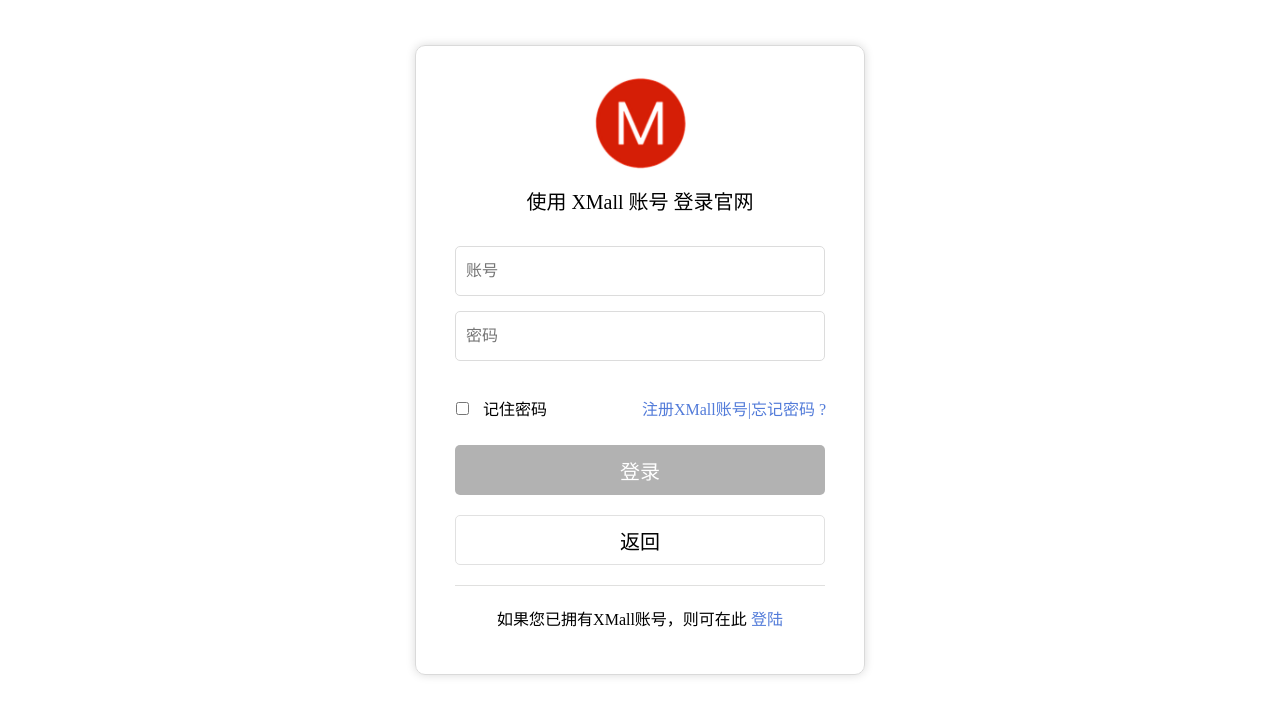
Repository: dingqihui1997/xmall-demo
Page: /signin
These files come from the project's save history. The page is drawn as it stood at one moment and after the next save; the edit follows.
The browser window is 1280 px wide. The pictures show the whole page.
The project was rebuilt for these pictures with package versions that can differ from the ones it lists, and the page was loaded fresh each time. Also part of the build but not shown: vue.config.js, src/views/Home.vue.

Above is the page before, as saved 2021-06-29 18:04:11.

### public/index.html
<!DOCTYPE html>
<html lang="">

<head>
  <meta charset="utf-8">
  <meta http-equiv="X-UA-Compatible" content="IE=edge">
  <meta name="viewport" content="width=device-width,initial-scale=1.0">
  <link rel="icon" href="<%= BASE_URL %>favicon.ico">
  <link href="//at.alicdn.com/t/font_2641095_6izvjy8zhhh.css">
  <title>
    <%= htmlWebpackPlugin.options.title %>
  </title>
</head>

<body>
  <noscript>
    <strong>We're sorry but <%= htmlWebpackPlugin.options.title %> doesn't work properly without JavaScript enabled.
        Please enable it to continue.</strong>
  </noscript>
  <div id="app"></div>
  <!-- built files will be auto injected -->
</body>

</html>

### src/main.js
import Vue from 'vue'
import App from './App.vue'
import router from './router'
import store from './store'
import ElementUI from 'element-ui';
import 'element-ui/lib/theme-chalk/index.css';
Vue.use(ElementUI);
Vue.config.productionTip = false

new Vue({
  router,
  store,
  render: h => h(App)
}).$mount('#app')

### src/App.vue
<template>
  <div id="app">
    <router-view />
  </div>
</template>

<style lang="scss">
@import "./styles/common";
@import "./styles/ui";
</style>

### src/router/index.js
import Vue from 'vue'
import VueRouter from 'vue-router'
import Home from '../views/Home.vue'

Vue.use(VueRouter)

const routes = [
  {
    path: '/',
    name: 'Home',
    component: Home
  },
  {//登录
    path: '/signin',
    name: 'Signin',
    component: () => import('../components/signin/Signin.vue')
  },
  {//注册
    path: '/register',
    name: 'Register',
    component: () => import('../components/register/Register.vue')
  },


]

const router = new VueRouter({
  mode: 'history',
  base: process.env.BASE_URL,
  routes
})

export default router

### src/styles/common.scss
 * {
     margin: 0;
     padding: 0;
 }

 .center {
     //居中显示
     margin: auto;
     position: absolute;
     top: 0;
     bottom: 0;
     left: 0;
     right: 0;
 }

 * {
     box-sizing: border-box;
 }

 .wi100 {
     width: 100%;
 }

 .hei100 {
     height: 100%;
 }

 .pflex {
     position: fixed;
     /* 固定定位 */
 }

 .flex {
     display: flex;
 }

 .flex-wrap {
     /* 子元素换行排列 */
     display: flex;
     flex-wrap: wrap;
     align-items: center;
 }

 .flex-j {
     display: flex;
     justify-content: center;
     /* 水平方向居中 */
 }

 .flex-a {
     display: flex;
     align-items: center;
     /* 垂直方向居中 */
 }

 .flex-ja {
     /* felx-ja 垂直水平方向居中 */
     display: flex;
     align-items: center;
     justify-content: center;
 }

 .flex-sb {
     /* flex-sb 子元素两边排列 */
     display: flex;
     justify-content: space-between;
 }

 .flex-sba {
     /* flex-sb 子元素两边排列 bing居中 */
     display: flex;
     justify-content: space-between;
     align-items: center;
 }

 .flex-d {
     /* z子元素竖向排列 */
     display: flex;
     flex-direction: column;
 }

 .flex-di {
     /* 子元素竖向排列并居中 */
     display: flex;
     flex-direction: column;
     align-items: center;
 }

 .flex-dj {
     /* 子元素竖向排列并居中 */
     display: flex;
     flex-direction: column;
 }

 .flex-dji {
     /* 子元素竖向排列并水平垂直居中 */
     display: flex;
     flex-direction: column;
     align-items: center;
     justify-content: center;
 }

 .pad-t10 {
     padding-top: 10px;
 }

 .pad-t15 {
     padding-top: 15px;
 }

 .margin-r55 {
     margin-right: 55px;
 }

 .marginauto {
     margin: 0 auto;
 }

 .img100 {
     width: 100%;
     height: 100%;
 }

 .img50 {
     width: 50%;
     height: 50%;
 }

 .imgh100 {
     height: 100%;
 }

 .img45 {
     width: 45%;
     height: 45%;
 }

 .img80 {
     width: 80%;
     height: 80%;
 }

 .font20 {
     font-size: 20px;
 }

 .font18 {
     font-size: 18px;
 }

 .font16 {
     font-size: 16px;
 }

 .font14 {
     font-size: 14px;
 }

 .font12 {
     font-size: 12px;
 }

 .flex1 {
     flex: 1;
 }

 .flex2 {
     flex: 1.5;
 }

 .color30 {
     color: #000000;
 }

 .color3f {
     /* 白色 */
     color: #fff;
 }

 .margin-t10 {
     margin-top: 10px;
 }

 .margin-t5 {
     margin-top: 5px;
 }

 .margin-t20 {
     margin-top: 20px;
 }

 .margin-r5 {
     margin-right: 5px;
 }

 .margin-r15 {
     margin-right: 15px;
 }

 .margin-r10 {
     margin-right: 10px;
 }

 .margin-r20 {
     margin-right: 20px;
 }

 .margin-r30 {
     margin-right: 30px;
 }

 .margin-l10 {
     margin-left: 10px;
 }

 .margin-l20 {
     margin-left: 20px;
 }

 .margin-b10 {
     margin-bottom: 10px;
 }

 .text-de {
     /* 有下划线 */
     text-decoration: underline;
 }

 .text-li {
     text-decoration: line-through;
     /* 删除线 */
 }

 .font-w7 {
     /* 加粗 */
     font-weight: 700;
 }

 .fontstyle-i {
     /* 斜体 */
     font-style: italic;
 }

 .shuoming {
     position: relative;
     top: 55px
 }

 .textr {
     text-align: right;
 }

### src/styles/ui.scss
.login {
    .el-input__inner {
        width: 370px;
        height: 50px;
    }

    .el-input__suffix {
        position: absolute;
        right: 50px;
    }

    .el-input {
        position: relative;
    }
}

### src/components/signin/Signin.vue
<template>
  <!-- 登录页面 -->
  <div class="one">
    <div class="box center flex-d login">
      <div class="top">
        <div class="flex-ja"><img src="../../assets/log1.png" alt="" /></div>
        <div class="flex-ja">使用 XMall 账号 登录官网</div>
      </div>
      <!-- 账号 -->
      <div class="flex-ja name">
        <input type="text" placeholder="账号" class="ipt" v-model="username" />
      </div>
      <!-- 密码 -->
      <div class="flex-ja name">
        <input
          type="password"
          placeholder="密码"
          class="ipt"
          v-model="password"
        />
      </div>
      <div class="flex-sb choice">
        <div>
          <input type="checkbox" class="inpt" v-model="checked" /> 记住密码
        </div>
        <div><span>注册XMall账号|</span><span>忘记密码 ?</span></div>
      </div>
      <div class="flex-ja regis">
        <!-- 动态绑定属性，最先是true禁用状态 -->
        <button
          :disabled="flag"
          :class="{ back: flag === false }"
          @click="goto"
        >
          登录
        </button>
      </div>
      <div class="flex-ja">
        <!-- 动态绑定属性，最先是true禁用状态 -->
        <button :disabled="flag" class="bott" @click="goto">返回</button>
      </div>
      <div class="flex-ja">
        <div class="bottom flex-ja">
          如果您已拥有XMall账号，则可在此<span>&nbsp;登陆</span>
        </div>
      </div>
    </div>
  </div>
</template>

<script>
import axios from "axios";
export default {
  name: "",
  props: {},
  data() {
    return {
      username: "",
      password: "",
      Repeat: "",
      flag: true, //最开始禁用按钮
      checked: false,
    };
  },
  components: {},
  methods: {
    goto() {
      if (this.checked === false) {
        this.$message.error("您未勾选同意我们的相关注册协议");
      }
      if (this.password !== this.Repeat) {
        this.$message.error("两次输入的密码不相同");
      }
      if (this.password === this.Repeat && this.checked === true) {
        axios
          .post("/api/users/register", {
            username: this.username,
            password: this.password,
          })
          .then((res) => {
            console.log(res);
          })
          .catch((err) => {
            console.log("请求失败", err);
          });
      }
    },
  },
  mounted() {},
  computed: {},
  watch: {
    username(val) {
      this.username = val;
    },
    password(val) {
      this.password = val;
    },
    Repeat(val) {
      //账号和密码都输入了内容后，然后就不禁用button
      this.Repeat = val;
      if (this.username !== "" && this.password !== "" && val !== "") {
        this.flag = false;
        // console.log(val);
      } else {
        this.flag = true;
      }
    },
  },
};
</script>

<style lang='scss' scoped>
.box {
  width: 450px;
  height: 630px;
  border: 1px solid #dadada;
  border-radius: 10px;
  box-shadow: 0 0 10px #dadada;
}
.one {
  height: 100vh;
}
.top {
  height: 200px;
  font-size: 20px;
  padding-top: 25px;
}
.top img {
  margin-bottom: 10px;
}
.ipt {
  width: 370px;
  height: 50px;
  outline: none;
  border: 1px #dcdcdc solid;
  border-radius: 5px;
  padding-left: 10px;
  font-size: 16px;
  margin-bottom: 15px;
}
button {
  margin: 10px 0px;
  width: 370px;
  height: 50px;
  border-radius: 5px;
  border: none;
  color: #fff;
  font-size: 20px;
  background-color: #b2b2b2; //最开始设置成灰色背景颜色
}

span {
  color: #527bd9;
}

.name {
  text-align: center;
}
.choice {
  margin-top: 20px;
  margin-bottom: 15px;
  width: 370px;
  position: relative;
  left: 40px;
}
.regis {
  padding: 0 35px;
}
.inpt {
  margin-right: 10px;
}
.bottom {
  width: 370px;
  border-top: 1px #e0e0df solid;
  padding-top: 20px;
  margin-top: 10px;
}
.bott {
  background: #fff;
  border: 1px solid #e1e1e1;
  color: #000;
}
.back {
  background-color: #5f86e4; //当按钮不禁用的时候就显示蓝色，然后添加hover的效果
  &:hover {
    background-color: #6283cf;
  }
}
</style>

Loaded but not shown: src/store/index.js (common file)

After the next save:
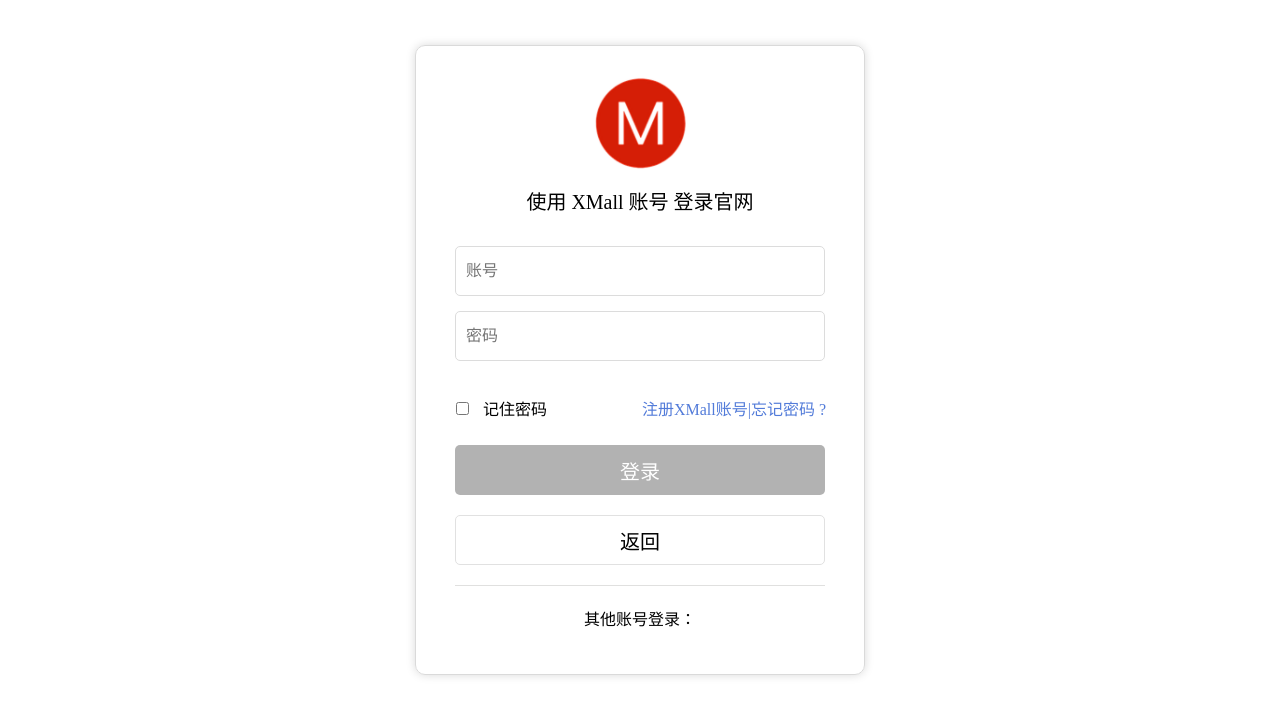
Saved 54 s later.
--- a/src/components/signin/Signin.vue
+++ b/src/components/signin/Signin.vue
@@ -41,7 +41,7 @@
       </div>
       <div class="flex-ja">
         <div class="bottom flex-ja">
-          如果您已拥有XMall账号，则可在此<span>&nbsp;登陆</span>
+          其他账号登录：<i class="iconfont icon-weixin"></i>
         </div>
       </div>
     </div>
